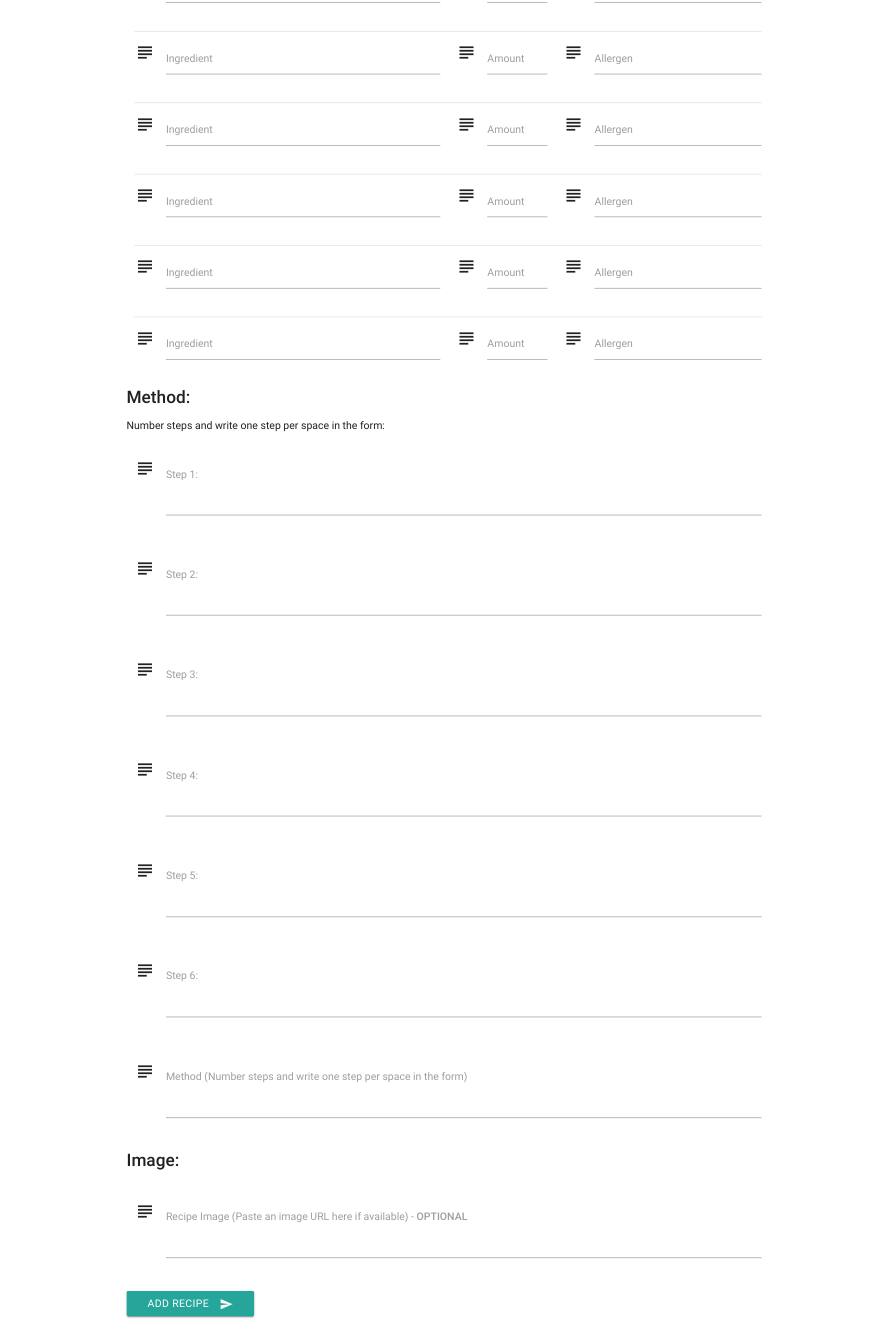
Repository: MarkSheehan72/milestone-project-3
Page: http://localhost/add_recipe
The author's editor kept a record of every edit. The page is drawn from the files as they stood at one moment, then again after the next edit.
The browser window is 1280 px wide. The pictures show the part of the page from y = 1116 to 3036 px (the page is 3036 px tall), at 70% of full size.
Some web libraries are served in a nearby version. The page is served by the project's application, run on Flask 3 (app.py). Queries for data that is not in the repository find no rows.

Above is the page before.

After the next edit:
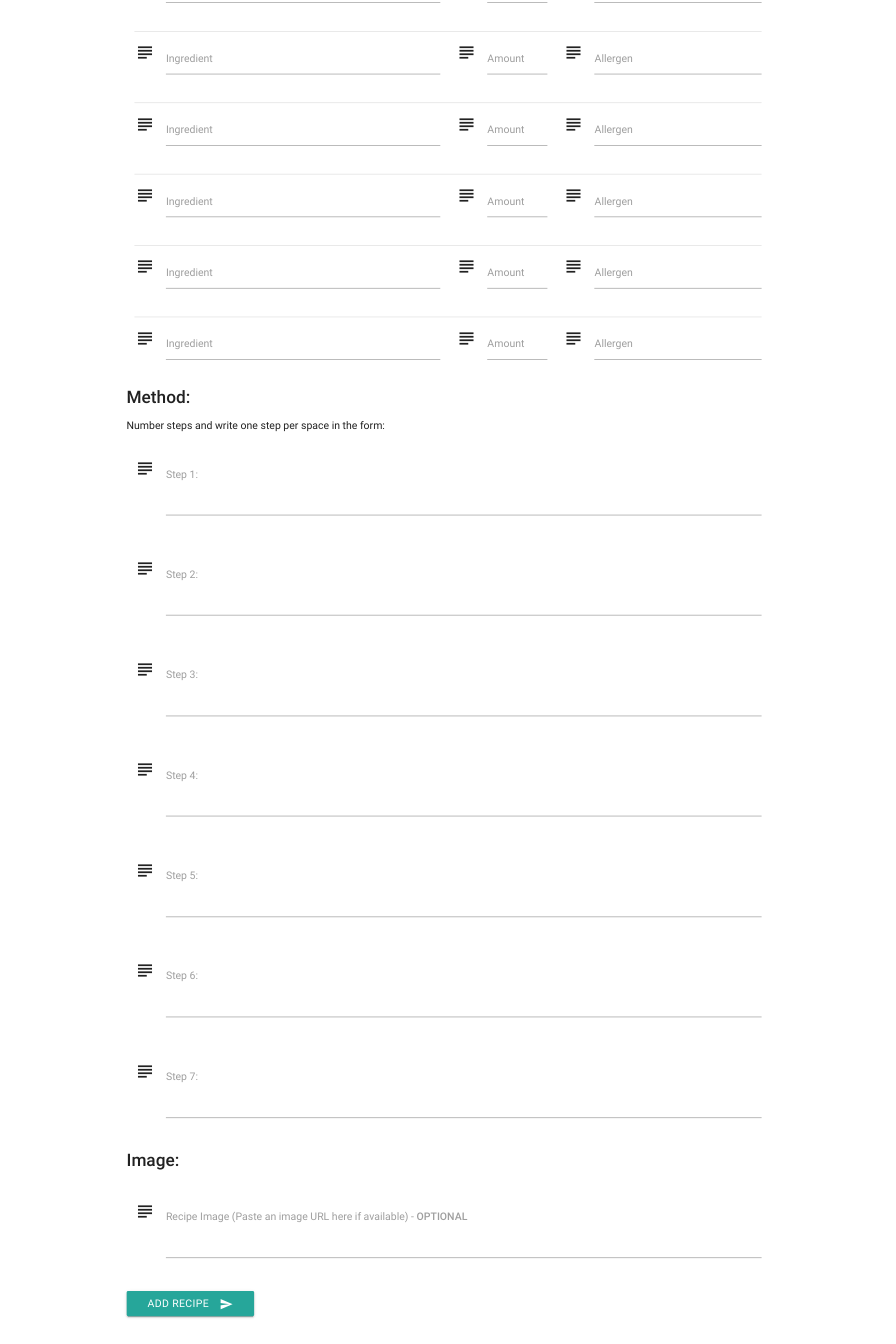
The edit:
--- a/templates/addrecipe.html
+++ b/templates/addrecipe.html
@@ -240,7 +240,7 @@
             <div class="input-field col s12">
                 <i class="material-icons prefix">subject</i>
                 <textarea name="recipe_method" id="recipe_method" class="materialize-textarea"></textarea>
-                <label for="icon_telephone">Method (Number steps and write one step per space in the form)</label>
+                <label for="icon_telephone">Step 7:</label>
             </div>
         </div>
         <div class="row">
